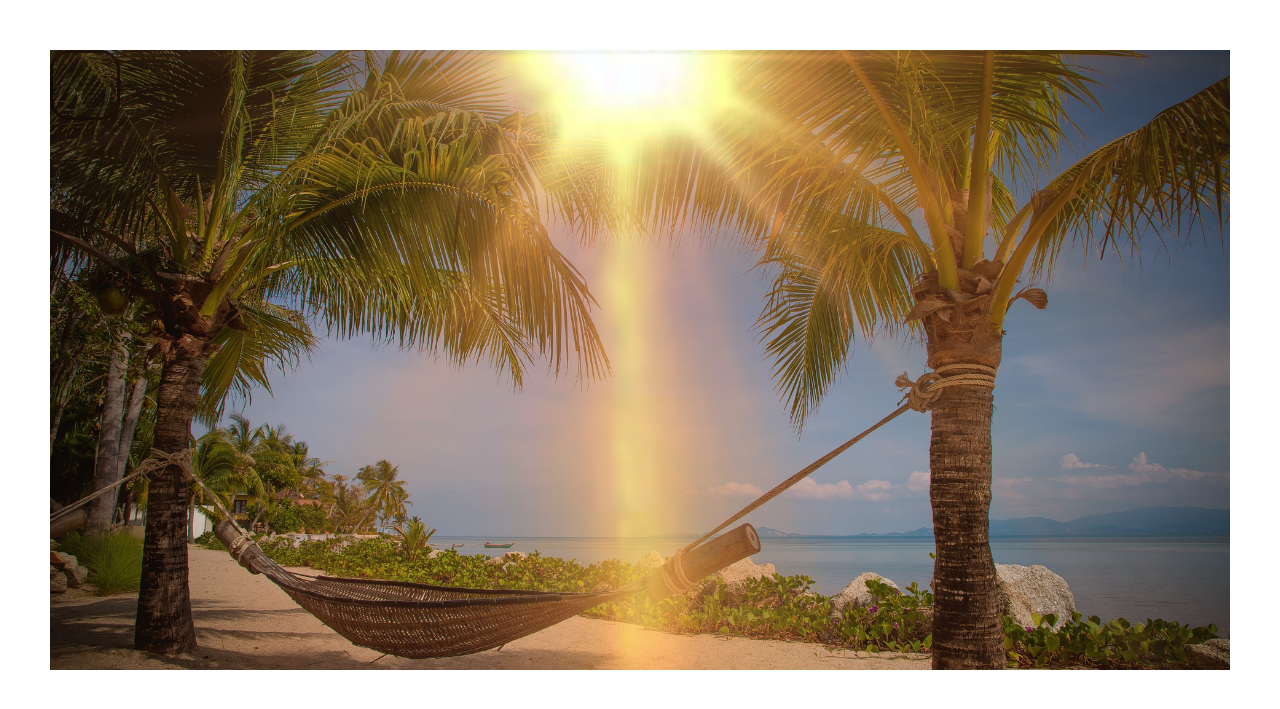
Repository: NadiaSchmitz/wetter.githab.io
Page: index.html
The author's editor kept a record of every edit. The page is drawn from the files as they stood at one moment, then again after the next edit.
The browser window is 1280 px wide. The pictures show the whole page.

Above is the page before.

### index.html
<!DOCTYPE html>
<html>

<head>
  <meta charset="utf-8" />
  <title>Das Wetter</title>
  <link rel="stylesheet" href="./styles/reset.css" type="text/css" />
  <link rel="stylesheet" href="./styles/style.css" type="text/css" />
  <link rel="stylesheet" href="./styles/icons.css" type="text/css" />
  <meta name="viewport" content="width=device-width, initial-scale=1.0">
  <link rel="preconnect" href="https://fonts.googleapis.com">
  <link rel="preconnect" href="https://fonts.gstatic.com" crossorigin>
  <link href="https://fonts.googleapis.com/css2?family=Roboto+Condensed:wght@300&display=swap" rel="stylesheet">
  <link rel="shortcut icon" href="images/favicon.png" type="image/x-icon">
  <script src="https://ajax.googleapis.com/ajax/libs/jquery/2.2.0/jquery.min.js"></script>

</head>

<body>
  <section class="wrapper">
    <section class="inner_wrapper">
      <div class="weather">
        <div class="layout"></div>
        <div class="status">
          <div class=""></div>
          <div class=""></div>
          <div class=""></div>
          <div class=""></div>
          <div class=""></div>
          <div class=""></div>
        </div>
      </div>
    </section>
  </section>
  <script type="text/javascript" src="./js/weather.js"></script>
  <script type="text/javascript" src="./js/general.js"></script>
</body>

</html>

### styles/reset.css
html, body, div, span, applet, object, iframe,
h1, h2, h3, h4, h5, h6, p, blockquote, pre,
a, abbr, acronym, address, big, cite, code,
del, dfn, em, img, ins, kbd, q, s, samp,
small, strike, strong, sub, sup, tt, var,
b, u, i, center,
dl, dt, dd, ol, ul, li,
fieldset, form, label, legend,
table, caption, tbody, tfoot, thead, tr, th, td,
article, aside, canvas, details, embed,
figure, figcaption, footer, header, hgroup,
menu, nav, output, ruby, section, summary,
time, mark, audio, video {
	margin: 0;
	padding: 0;
	box-sizing: border-box;
	border: 0;
	font-size: 100%;
	font: inherit;
	vertical-align: baseline;
}
/* HTML5 display-role reset for older browsers */
article, aside, details, figcaption, figure,
footer, header, hgroup, menu, nav, section {
	display: block;
}
body {
	line-height: 1;
}
ol, ul {
	list-style: none;
}
blockquote, q {
	quotes: none;
}
blockquote:before, blockquote:after,
q:before, q:after {
	content: '';
	content: none;
}
table {
	border-collapse: collapse;
	border-spacing: 0;
}

### styles/style.css
.inner_wrapper {

}

.weather {
  position: relative;
  background-image: url(../images/palm.jpg);
  background-size: cover;
  background-repeat: no-repeat;
  background-position: 50%;
  margin: 50px auto 0;
}

.layout {
  position: absolute;
  top: 0;
  bottom: 0;
  left: 0;
  right: 0;
  background-image: url(../images/sunshine.png);
  background-size: cover;
  background-position: 40% 0;
}

.status {
  width: 70px;
  height: 70px;
  border-radius: 20px;
  border-width: 3px;
  border-style: solid;
}

.status_temperature {
  border-color: #dbb33a;
}

.status_sun {
  border-color: #ffeb3b;
}

.status_clouds {
  border-color: #c7e5f3;
}

.status_rain {
  border-color: #51a4e7;
}

.status_snow {
  border-color: #ffffff;
}

.status_wind {
  border-color: blue;
}

### styles/icons.css
.status_temperature {
    background-image: url('data:[embedded picture, 1474 characters]');
}

.status_sun {
    background-image: ;
}

### js/general.js
var widthScreen = $(window).width();
var heightScreen = $(window).height();

var screenRatio = widthScreen / heightScreen;

console.log(widthScreen);
console.log(heightScreen);
console.log(screenRatio);

$(".weather").css("width", widthScreen - 100);
$(".weather").css("height", heightScreen - 100);

Loaded but not shown: js/weather.js (no copy from this time; the picture is the same without it)

After the next edit:
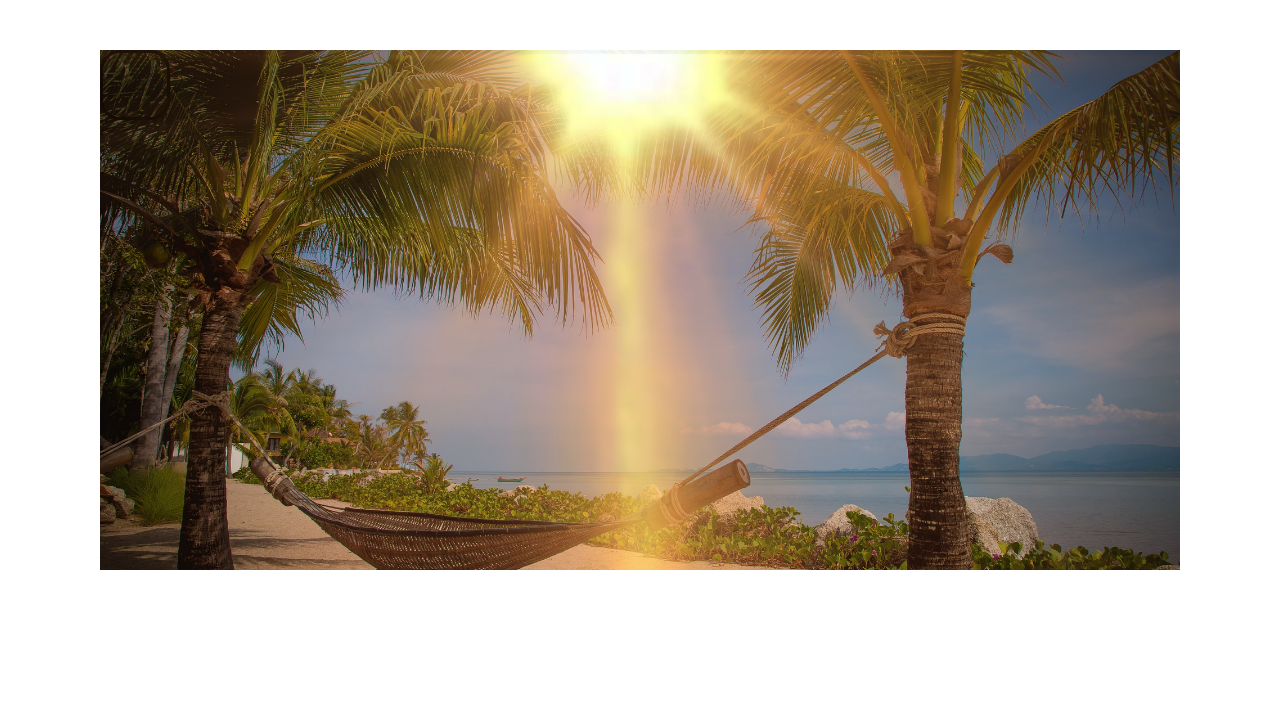
The edit:
--- a/js/general.js
+++ b/js/general.js
@@ -1,5 +1,5 @@
-var widthScreen = $(window).width();
-var heightScreen = $(window).height();
+var widthScreen = $(window).width() - 100;
+var heightScreen = $(window).height() - 100;
 
 var screenRatio = widthScreen / heightScreen;
 
